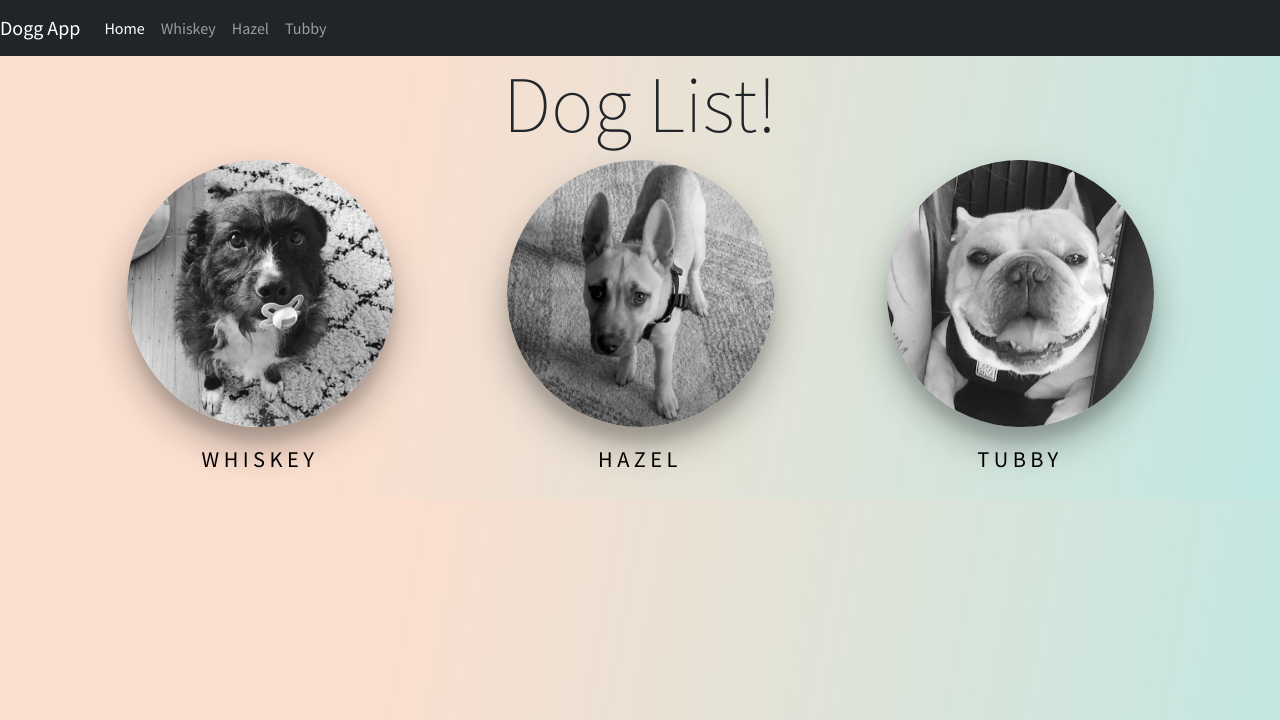
Repository: zhapar/dogs
Page: /
An editor plug-in stored every save of this project. The page is shown before and after the next save, followed by the edit.
The browser window is 1280 px wide. The pictures show the whole page.
The project was rebuilt for these pictures with package versions that can differ from the ones it lists, and the page was loaded fresh each time. A package was used in the major version that the imports need, not the one package.json lists. Also part of the build but not shown: src/DogDetails.js, src/App.css.

Above is the page before, as saved 2020-09-06 13:15:24.

After the next save:
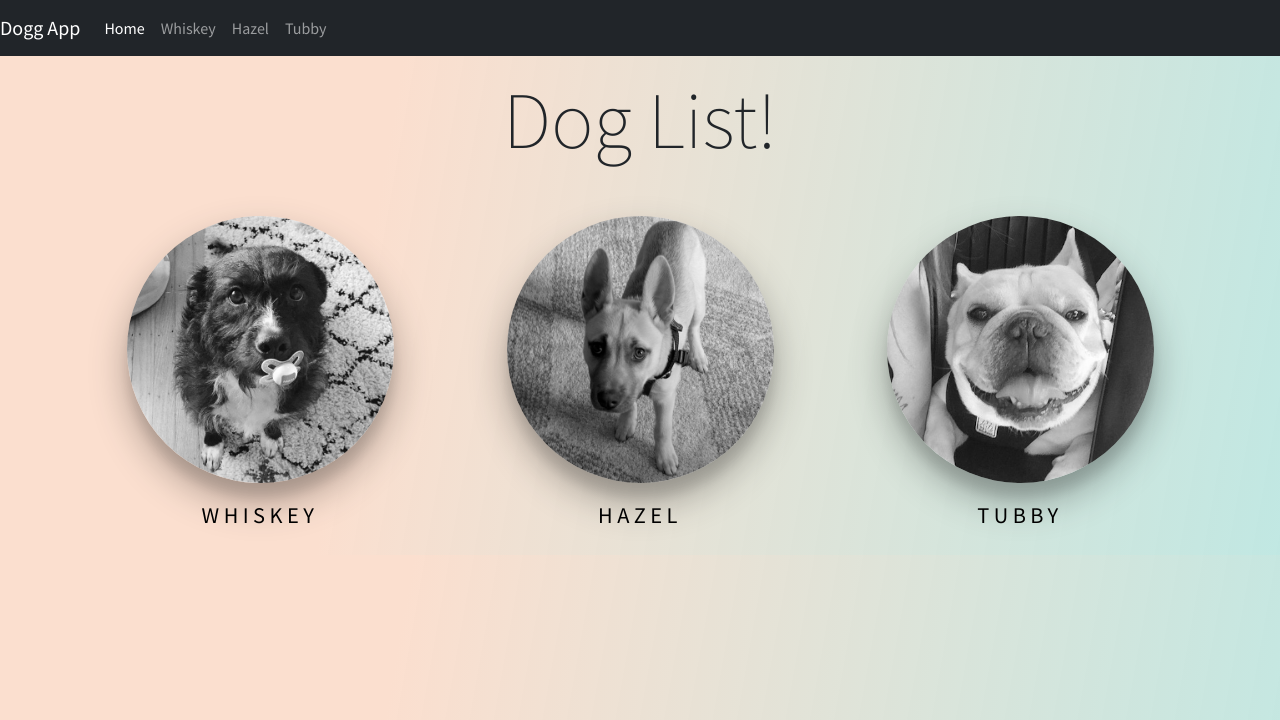
Saved 33 s later.
--- a/src/DogList.js
+++ b/src/DogList.js
@@ -6,7 +6,7 @@ class DogList extends Component {
   render() {
     return (
       <div className="DogList">
-        <h1 className="display-1 text-center">Dog List!</h1>
+        <h1 className="display-1 text-center mt-3 mb-5">Dog List!</h1>
         <div className="row">
           {this.props.dogs.map((d) => (
             <div className="Dog col-md-6 col-lg-4 text-center" key={d.name}>
